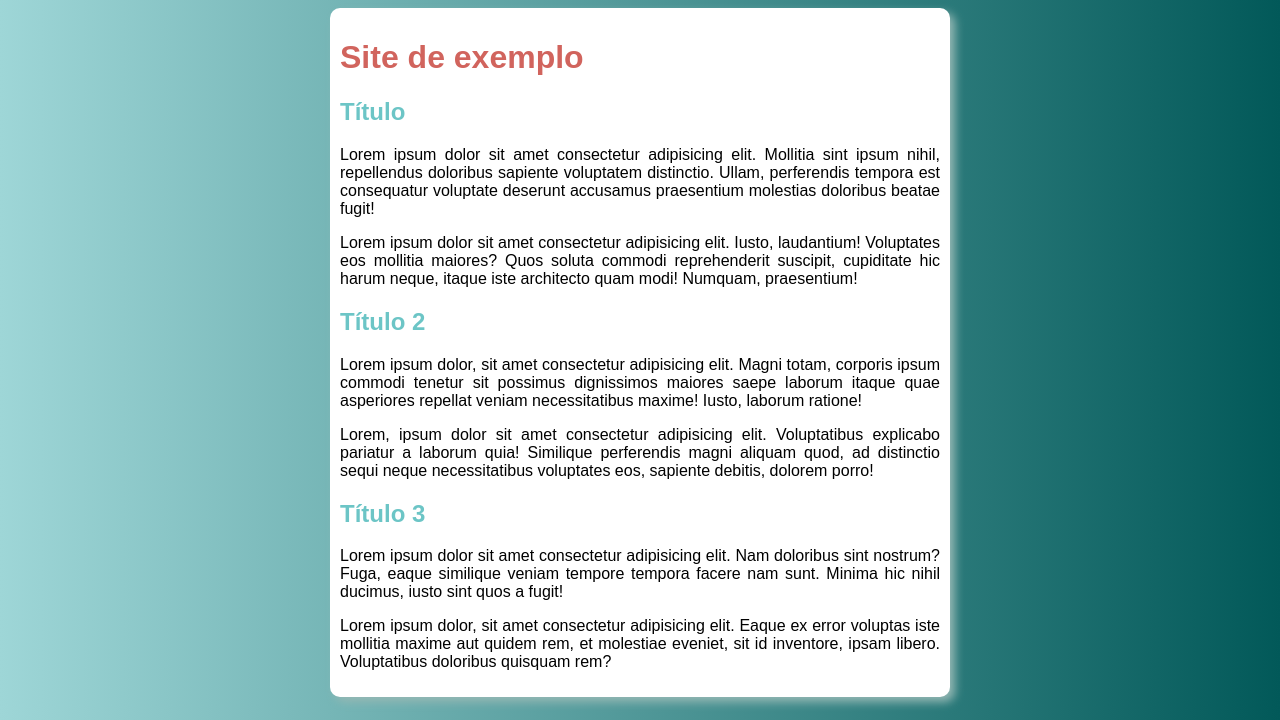
Repository: pheonix5/Estudo
Page: html-css/exercicios/ex016/cor03.html
These files come from the project's save history. The page is drawn as it stood at one moment and after the next save; the edit follows.
The browser window is 1280 px wide. The pictures show the whole page.

Above is the page before, as saved 2023-08-10 21:55:22.

After the next save:
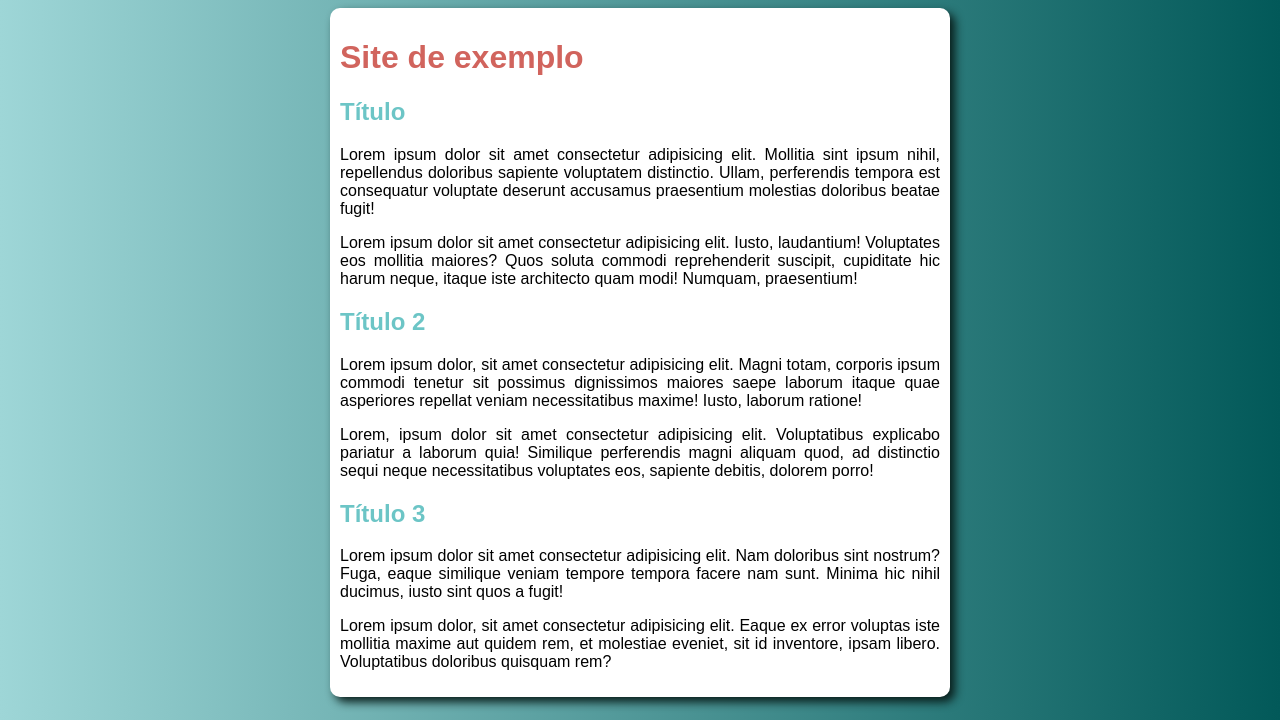
Saved 7 s later.
--- a/html-css/exercicios/ex016/style.css
+++ b/html-css/exercicios/ex016/style.css
@@ -12,7 +12,7 @@ body{
 main{
   background-color: #FFF;
   border-radius: 10px;
-  box-shadow: 5px 5px 10px #95b8b4;
+  box-shadow: 5px 5px 10px #091d1a;
   width: 600px;
   padding: 10px;
   margin: auto;
